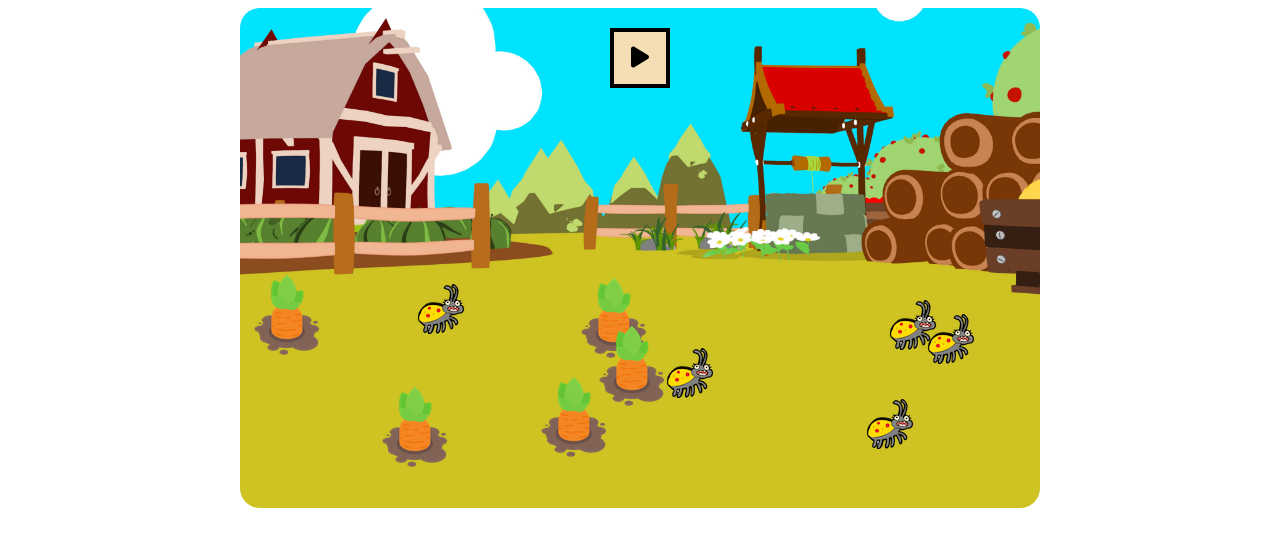
Repository: dhchun1203/browser-practice-works-
Page: carrot/index.html
These files come from the project's save history. The page is drawn as it stood at one moment and after the next save; the edit follows.
The browser window is 1280 px wide. The pictures show the whole page.
After loading, the first visible `button.game__button` was clicked once.
Some web libraries are served in a nearby version.

Above is the page before, as saved 2021-01-10 19:08:04.
Console error: TypeError: timer is not a function

After the next save:
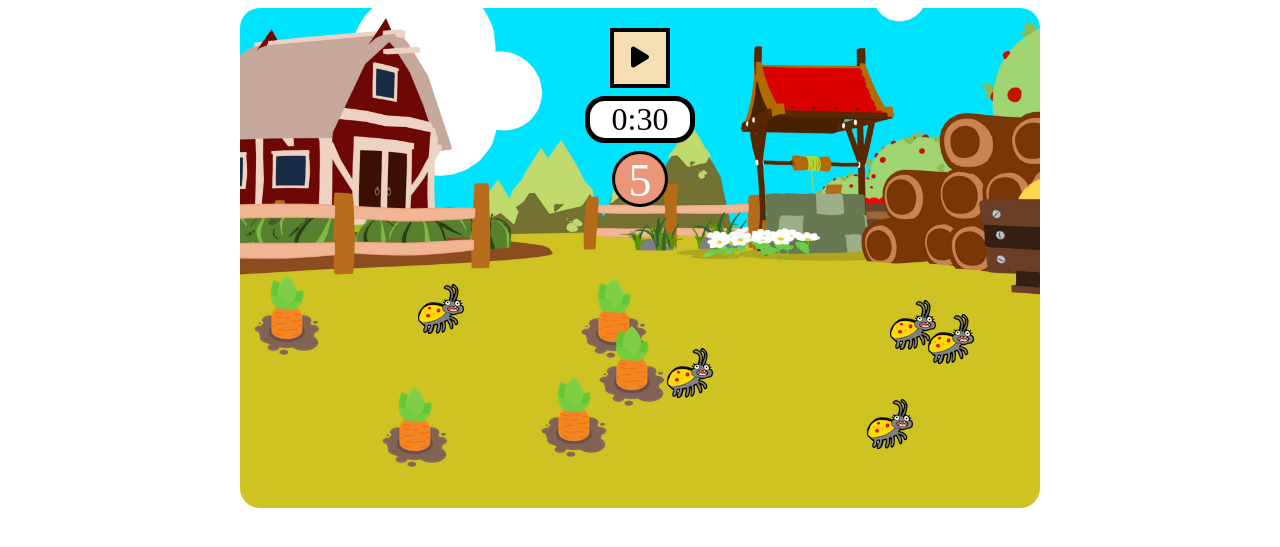
The error is gone.
Saved 6 s later.
--- a/carrot/main.js
+++ b/carrot/main.js
@@ -21,7 +21,7 @@ gameBtn.addEventListener("click", () => {
 		startGame();
 	}
 	started = !started;
-	timer();
+	timerCount();
 	counter();
 });
 
